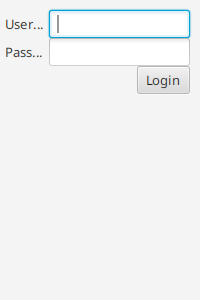
Repository: Tomcat-Seaotter/Java
Program's window: java code14/Lesson41/src/code14/Lesson43.java
The author's editor kept a copy of each file at every save. The program's window is drawn from the files as they stood at one save, then again after the next save.
It runs on Java 21 on a 1366 x 768 screen with JavaFX 11; the title bar is not drawn.

Above is the program's window before, as saved 2018-12-24 03:02:45.

After the next save:
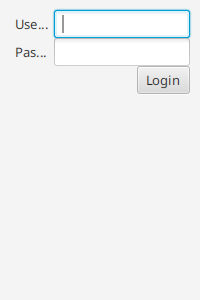
Saved 11 s later.
--- a/code14/Lesson41/src/code14/Lesson43.java
+++ b/code14/Lesson41/src/code14/Lesson43.java
@@ -16,7 +16,7 @@
 	public void start(Stage stage) throws Exception {
 		// TODO Auto-generated method stub
 		GridPane pane1 = new GridPane();
-		pane1.setPadding(new Insets(10,10,5,5));
+		pane1.setPadding(new Insets(10,10,15,15));
 		Label lab1 = new Label("UserName");
 		Label lab2 = new Label("Passowrd");
 		TextField tx1 = new TextField();
